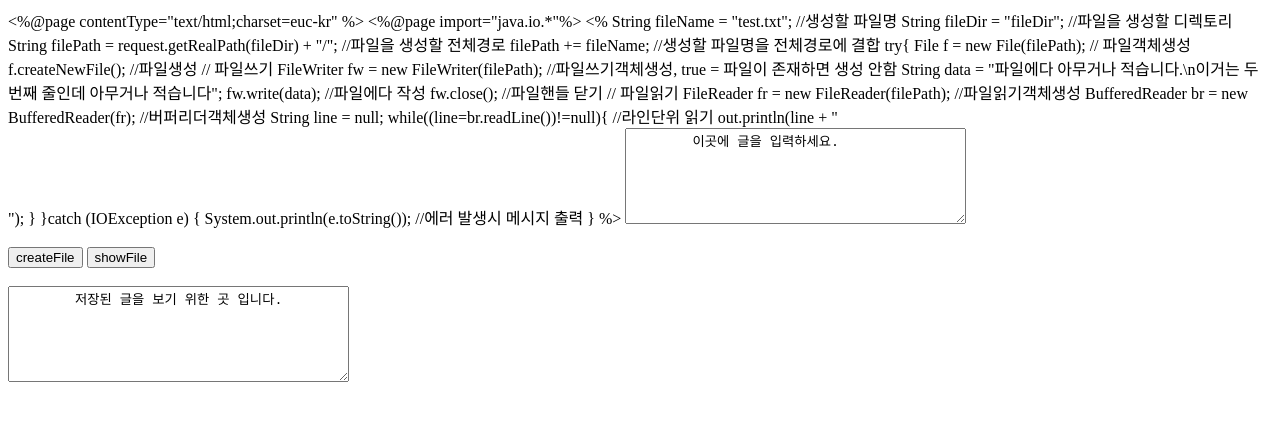
Repository: jeongdei/Mental_Care_job_hackathon_2016
Page: HackProject/HackProject/WebContent/NewFile5.html
An editor plug-in stored every save of this project. The page is shown before and after the next save, followed by the edit.
The browser window is 1280 px wide. The pictures show the whole page.

Above is the page before, as saved 2016-10-25 11:58:10.

After the next save:
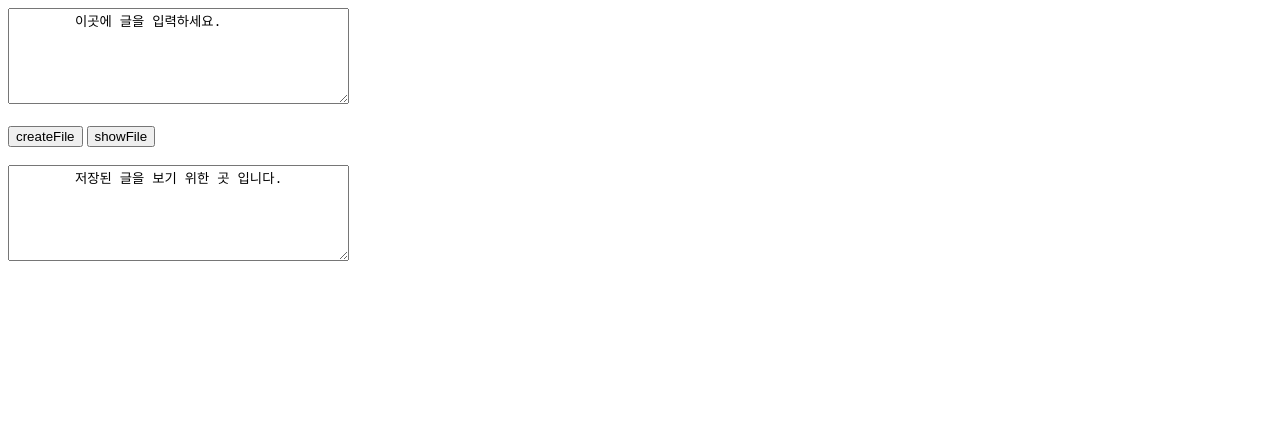
Saved 106 s later.
--- a/HackProject/HackProject/WebContent/NewFile5.html
+++ b/HackProject/HackProject/WebContent/NewFile5.html
@@ -57,34 +57,6 @@
 
 	</script>
 
-	<%@page contentType="text/html;charset=euc-kr" %>
-<%@page import="java.io.*"%>
-<%
-  String fileName = "test.txt"; //생성할 파일명
-  String fileDir = "fileDir"; //파일을 생성할 디렉토리
-  String filePath = request.getRealPath(fileDir) + "/"; //파일을 생성할 전체경로
-  filePath += fileName; //생성할 파일명을 전체경로에 결합
-  try{
-  File f = new File(filePath); // 파일객체생성
-  f.createNewFile(); //파일생성
-  // 파일쓰기
-  FileWriter fw = new FileWriter(filePath); //파일쓰기객체생성, true = 파일이 존재하면 생성 안함
-  String data = "파일에다 아무거나 적습니다.\n이거는 두번째 줄인데 아무거나 적습니다";
-  fw.write(data); //파일에다 작성
-  fw.close(); //파일핸들 닫기
-
-  // 파일읽기
-  FileReader fr = new FileReader(filePath); //파일읽기객체생성
-  BufferedReader br = new BufferedReader(fr); //버퍼리더객체생성
-  String line = null;
-  while((line=br.readLine())!=null){ //라인단위 읽기
-    out.println(line + "<br>");
-  }
-  }catch (IOException e) {
-    System.out.println(e.toString()); //에러 발생시 메시지 출력
-  }
-%>
-
 	<textarea id="txtInput" name="text" rows="6" cols="40">
 	이곳에 글을 입력하세요.
 	</textarea>
